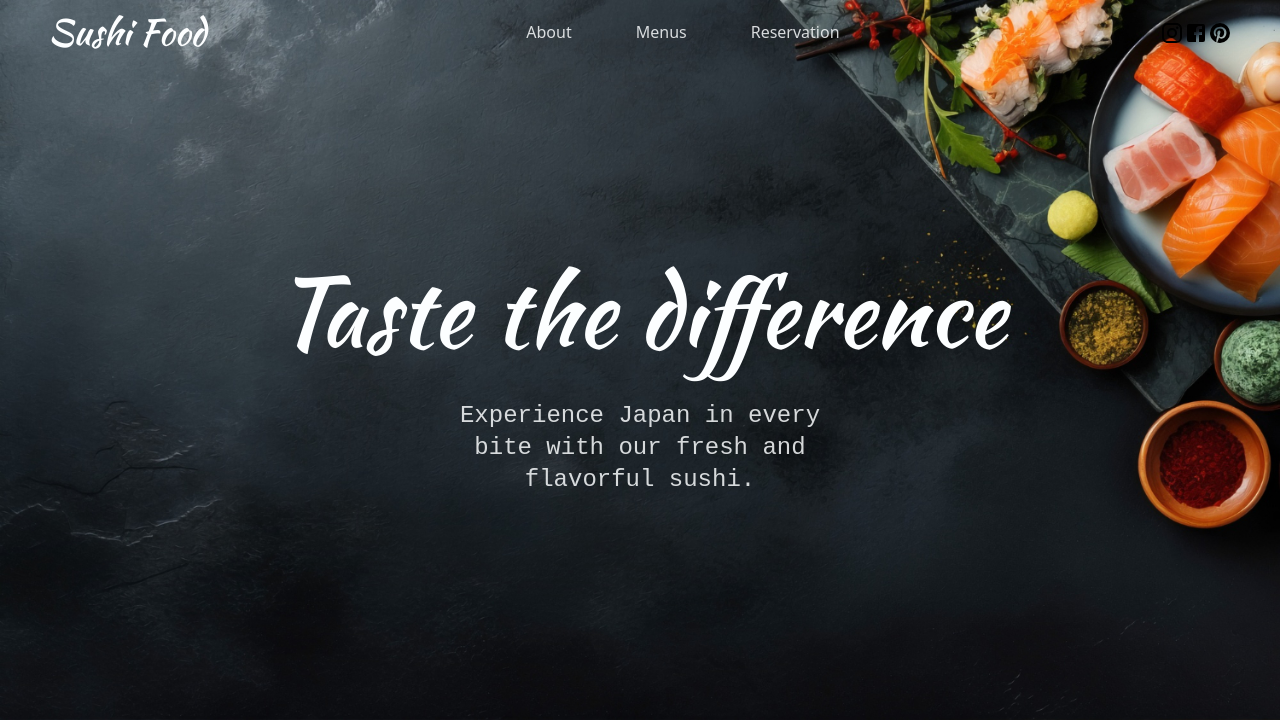
Repository: Adrien-legeleu/sushi-food
Page: /
These files come from the project's save history. The page is drawn as it stood at one moment and after the next save; the edit follows.
The browser window is 1280 px wide. The pictures show the whole page.
Some web fonts or font styles are not loaded; a fallback is used. The project was rebuilt for these pictures with package versions that can differ from the ones it lists, and the page was loaded fresh each time. Also part of the build but not shown: vite.config.ts.

Above is the page before, as saved 2024-04-28 20:13:53.

After the next save:
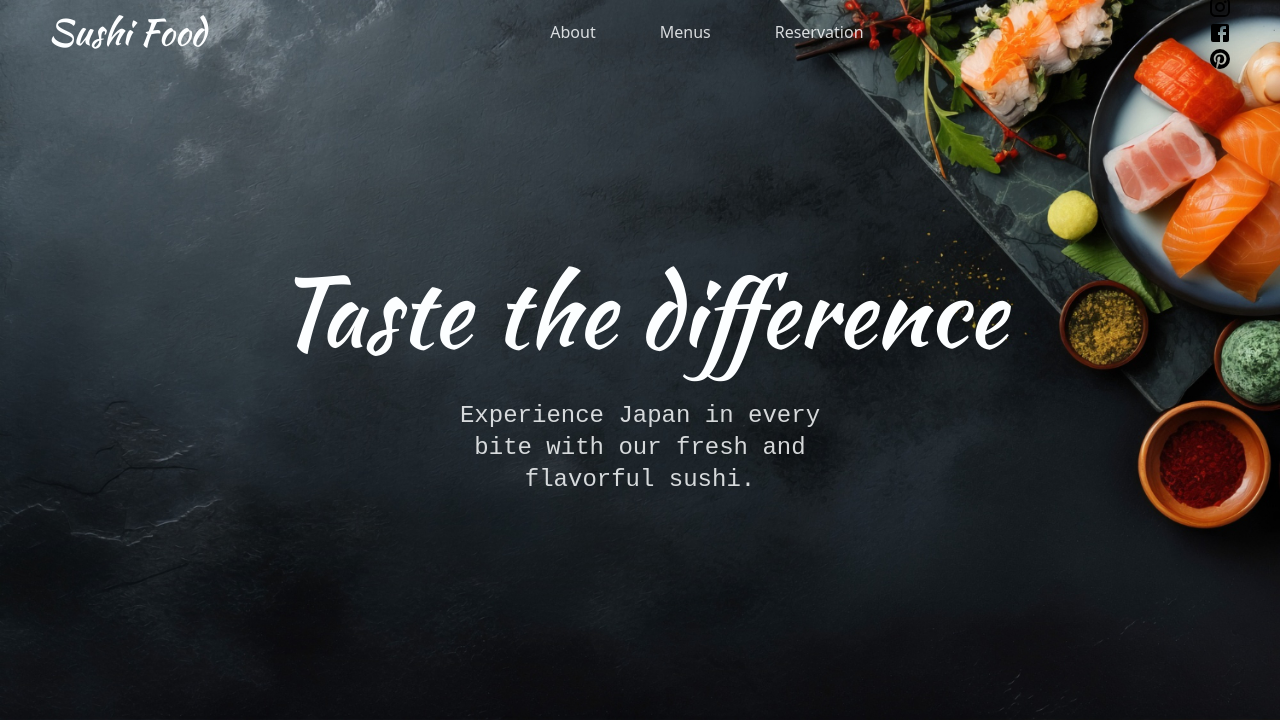
Saved 27 s later.
--- a/src/Components/Header.tsx
+++ b/src/Components/Header.tsx
@@ -13,9 +13,11 @@ export const Header =()=>{
             <ul>
                 <li>
                     <InstagramIcon/>
-                    <FacebookIcon/>
-                    <PinterestIcon/>
+
+
                 </li>
+                <li> <FacebookIcon/></li>
+                <li><PinterestIcon/></li>
             </ul>
         </div>
     )
